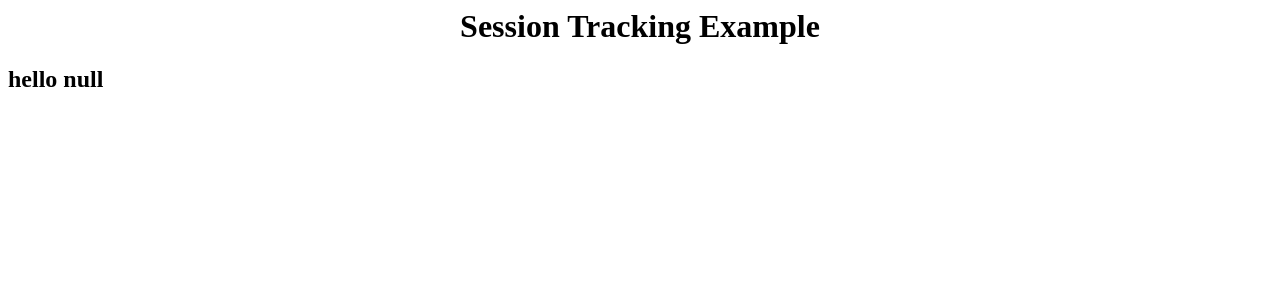
Repository: redoC-A2k/java-assignment-progs
Page: http://localhost/AutoRefresh/session.jsp
These files come from the project's save history. The page is drawn as it stood at one moment and after the next save; the edit follows.
The browser window is 1280 px wide. The pictures show the whole page.
The page is served by Tomcat 9.

Above is the page before, as saved 2022-05-13 03:10:40.

### jsp/AutoRefresh/src/main/webapp/session.jsp
<%@ page import="java.io.*,java.util.*" %>
<%
   // Get session creation time.
   Date createTime = new Date(session.getCreationTime());
   // Get last access time of this web page.
   Date lastAccessTime = new Date(session.getLastAccessedTime());

   String title = "Welcome Back to my website";
   Integer visitCount = new Integer(0);
   String visitCountKey = new String("visitCount");
   String userIDKey = new String("userID");
   String userID = new String("Surendra");

   // Check if this is new comer on your web page.
   if (session.isNew())
   {
      title = "Welcome to my website";
      session.setAttribute(userIDKey, userID);
      session.setAttribute(visitCountKey,  visitCount);
   }
   visitCount = (Integer)session.getAttribute(visitCountKey);
   visitCount = visitCount + 1;
   userID = (String)session.getAttribute(userIDKey);
   session.setAttribute(visitCountKey,  visitCount);
%>
<html>
    <head>
        <title>Session Tracking</title>
    </head>
    <body>
        <center>
            <h1>Session Tracking Example</h1>
        </center>
        <h2> hello <%=session.getAttribute("name")%></h2>
    </body>
</html>

After the next save:
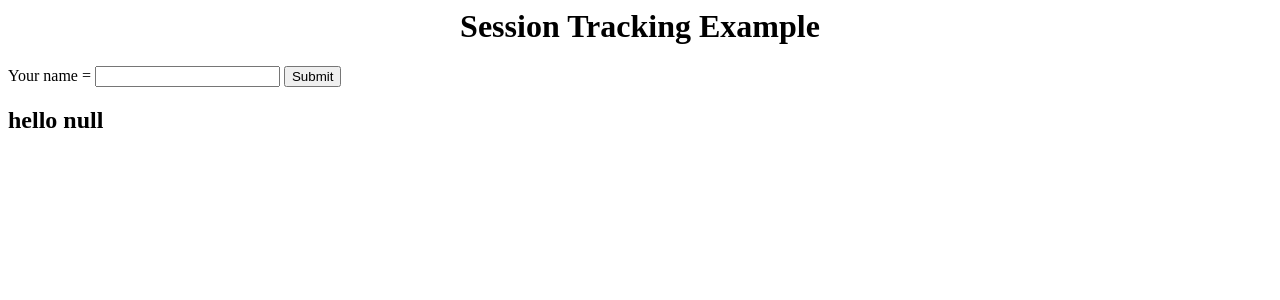
Saved 2 min 52 s later.
--- a/jsp/AutoRefresh/src/main/webapp/session.jsp
+++ b/jsp/AutoRefresh/src/main/webapp/session.jsp
@@ -31,6 +31,16 @@
         <center>
             <h1>Session Tracking Example</h1>
         </center>
+        <%
+        	session.setAttribute("name","user");
+        %>
+        <form>
+        	Your name = <input type="text" name="myname">
+        	<input type="submit">
+        </form>
+        <%
+        	session.setAttribute("name",request.getParameter("myname"));
+        %>
         <h2> hello <%=session.getAttribute("name")%></h2>
     </body>
 </html>
